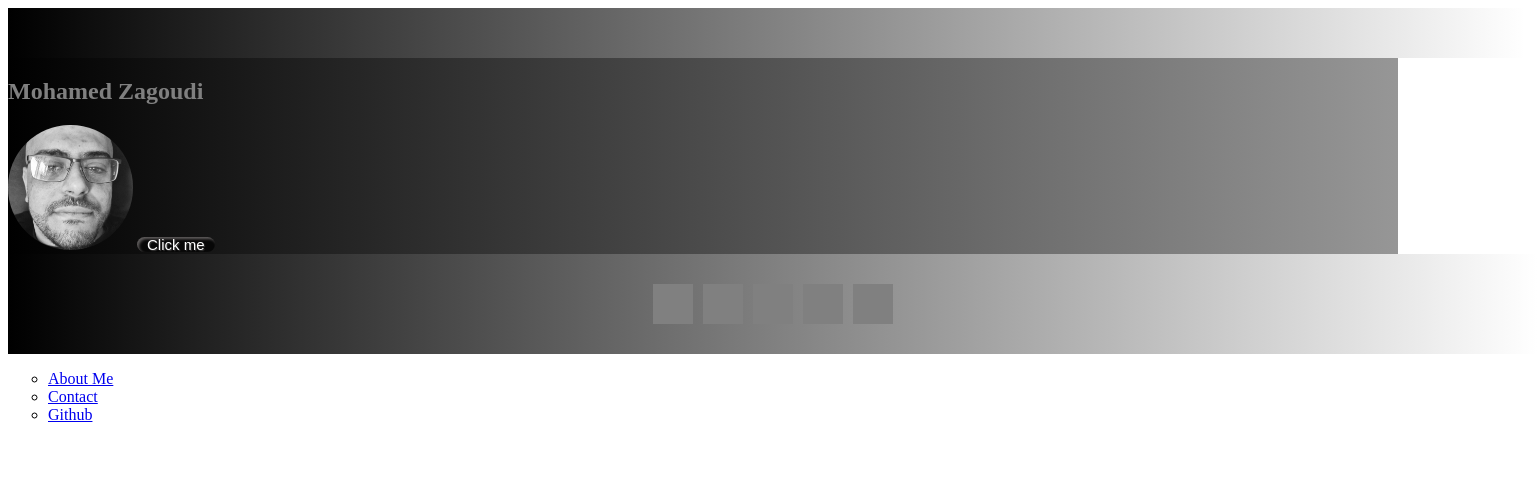
Repository: Mohzagou/Eersteportofolio
Page: index.html
These files come from the project's save history. The page is drawn as it stood at one moment and after the next save; the edit follows.
The browser window is 1280 px wide. The page is 1537 px wide, so the pictures cover 1537 px, including what lies to the right of the window. The pictures show the whole page.

Above is the page before, as saved 2022-06-07 23:48:41.

After the next save:
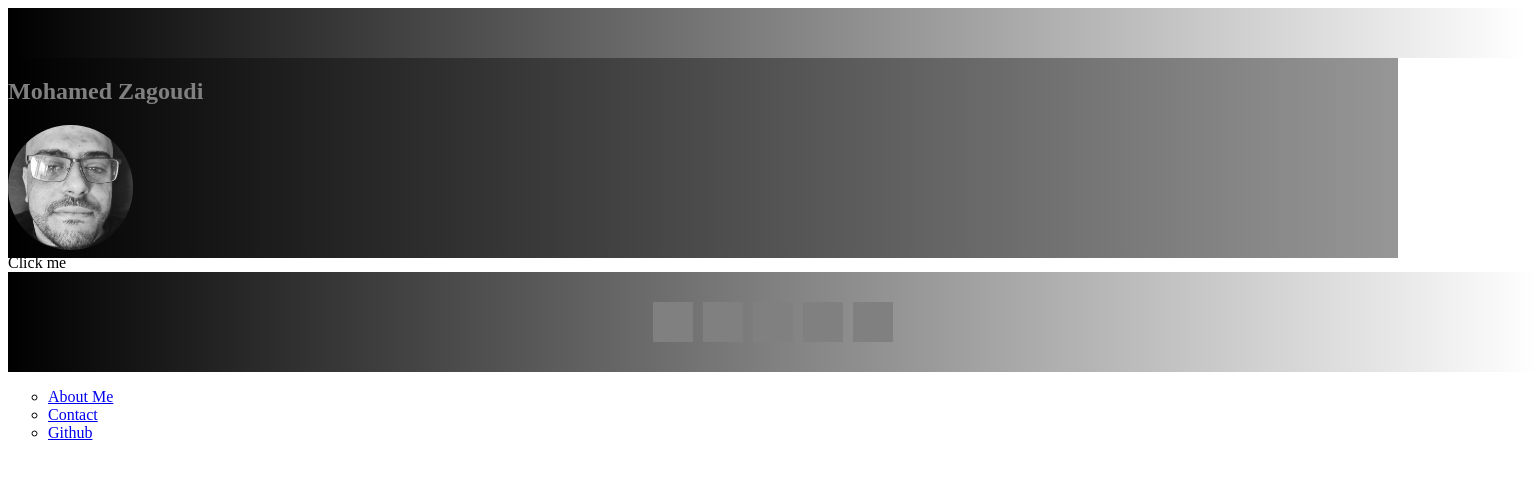
Saved 70 s later.
--- a/index.html
+++ b/index.html
@@ -14,7 +14,7 @@
     <div class="about-me">
         <h2 id="name">Mohamed Zagoudi</h2>
         <img class="avatar" src="images/67gwzvy.jpeg" alt="Mohamed Zagoudi headshot">
-        <button>Click me</button>
+        <div class=></div>Click me</button>
 
 
         <section>
